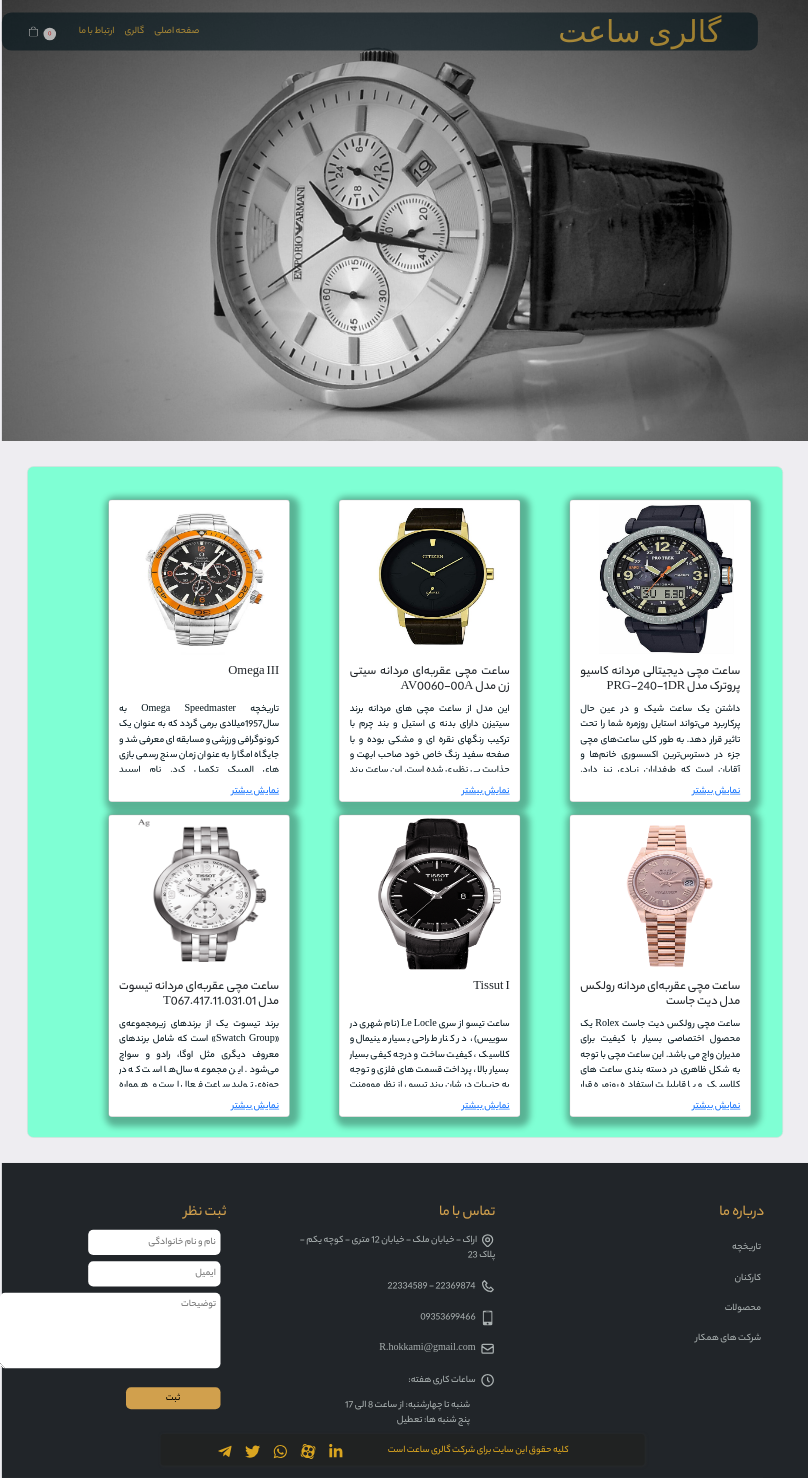
Repository: hokkami/store-prj
Page: /
An editor plug-in stored every save of this project. The page is shown before and after the next save, followed by the edit.
The browser window is 1280 px wide. The page is 1283 px wide, so the pictures cover 1283 px, including what lies to the right of the window. The pictures show the whole page, at 63% of full size.
The project was rebuilt for these pictures with package versions that can differ from the ones it lists, and the page was loaded fresh each time. Also part of the build but not shown: src/Pages/BagPage/BagPage.jsx, src/components/Location/Location.js, src/Pages/ContactUS/ContactUS.css, src/Pages/ContactUS/ContactUS.js, src/Pages/HistoryCompany/HistoryCompany.css, src/Pages/HistoryCompany/HistoryCompany.js, src/components/Card/ProductsCard.js, src/Pages/Personnel/Personnel.css and 10 more.

Above is the page before, as saved 2022-09-27 01:40:15.

After the next save:
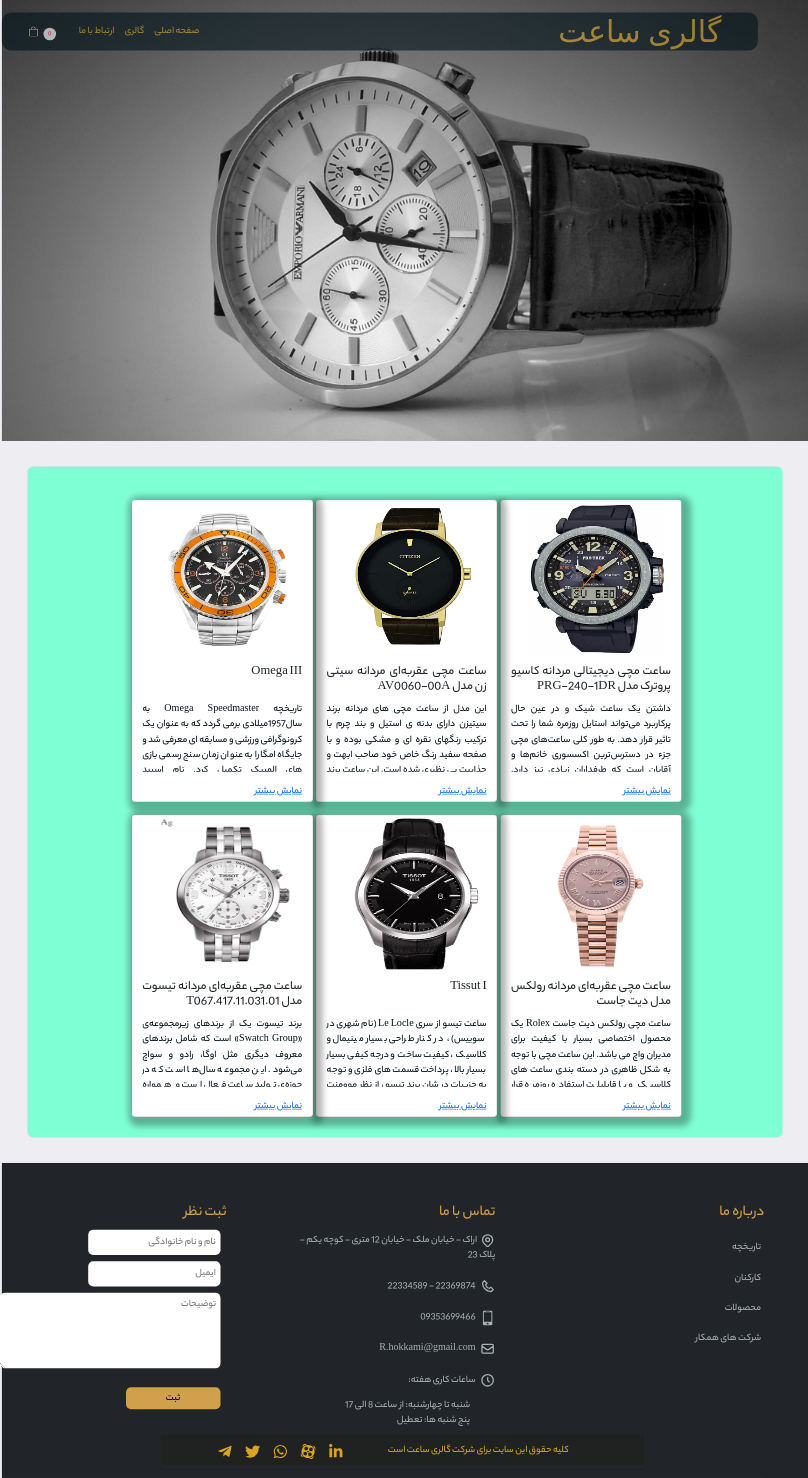
Saved 5 s later.
--- a/src/Pages/Home/Home.css
+++ b/src/Pages/Home/Home.css
@@ -10,5 +10,5 @@
   text-align: justify;
   margin: 40px;
   background-color: aquamarine;
-  padding:2rem 50px;
+  padding:2rem 10rem;
 }
